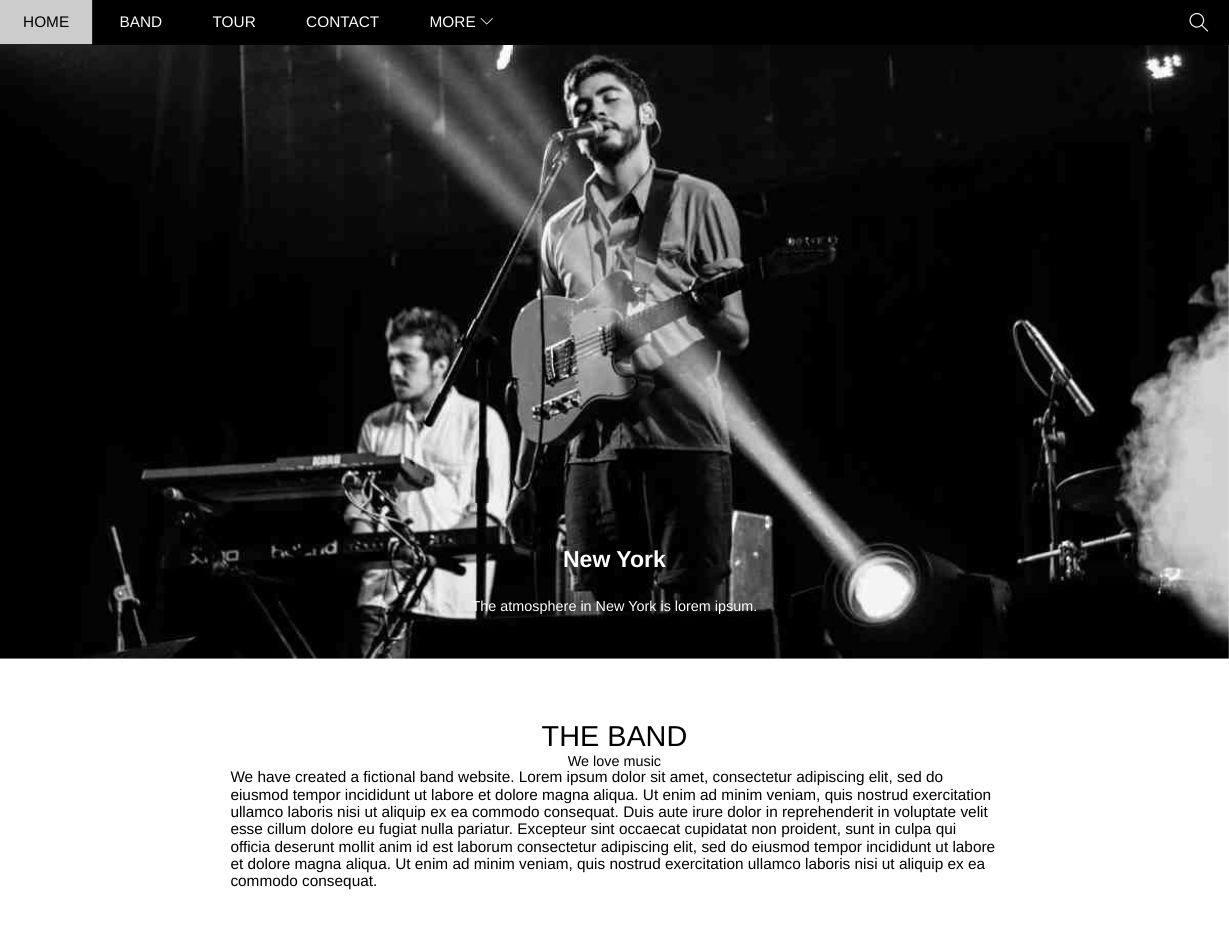
Repository: vophuocthanh/phuocthanhk03
Page: index.html
The author's editor kept a copy of each file at every save. The page is drawn from the files as they stood at one save, then again after the next save.
The browser window is 1280 px wide. The pictures show the whole page, at 96% of full size.

Above is the page before, as saved 2022-03-03 23:12:02.

After the next save:
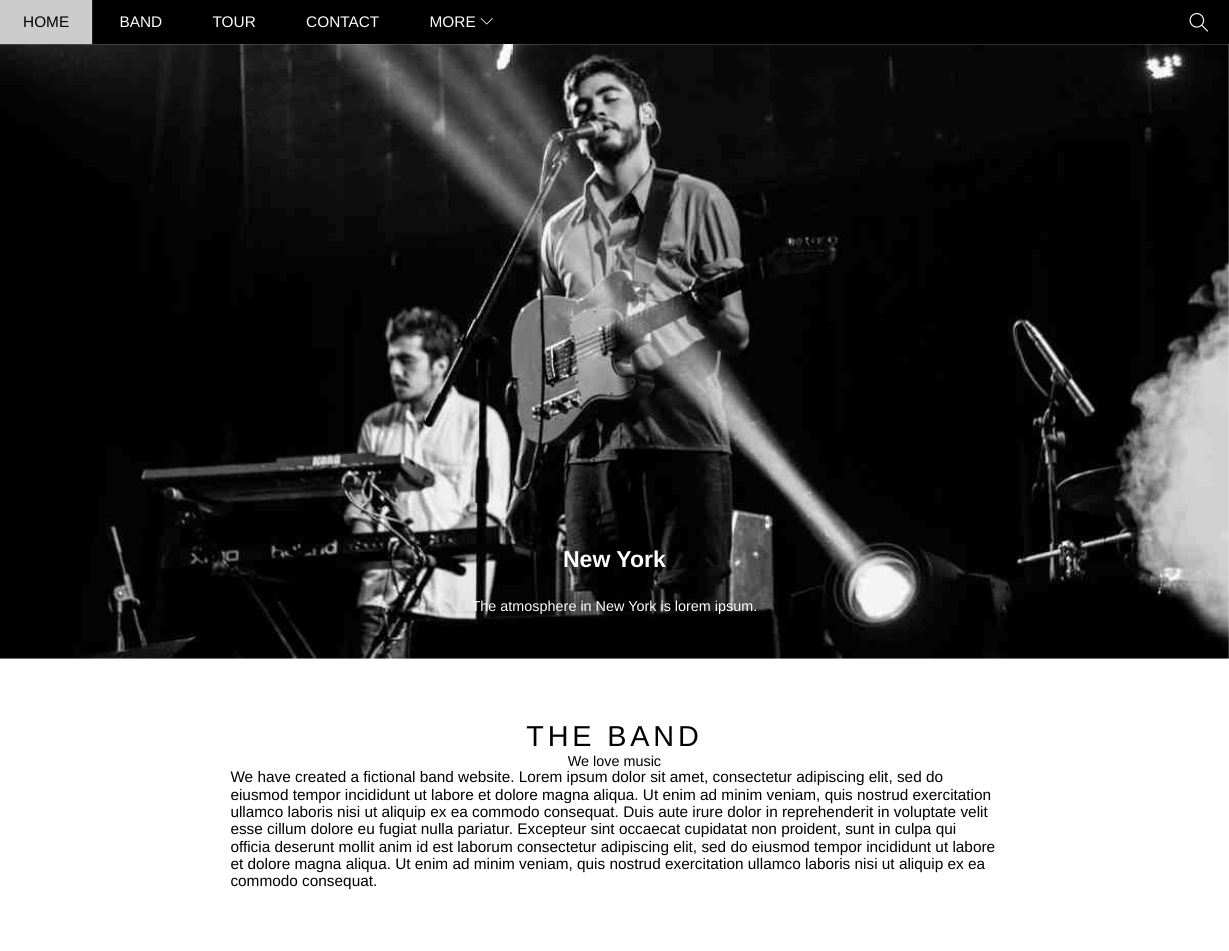
Saved 2 min 8 s later.
--- a/asset/css/style.css
+++ b/asset/css/style.css
@@ -148,8 +148,9 @@ html {
 
 #content .section-heading {
     font-size: 30px;
+    font-weight: 500;
     text-align: center;
-    font-weight: 500;
+    letter-spacing: 4px;
 }
 
 #content .section-sub-heading {
